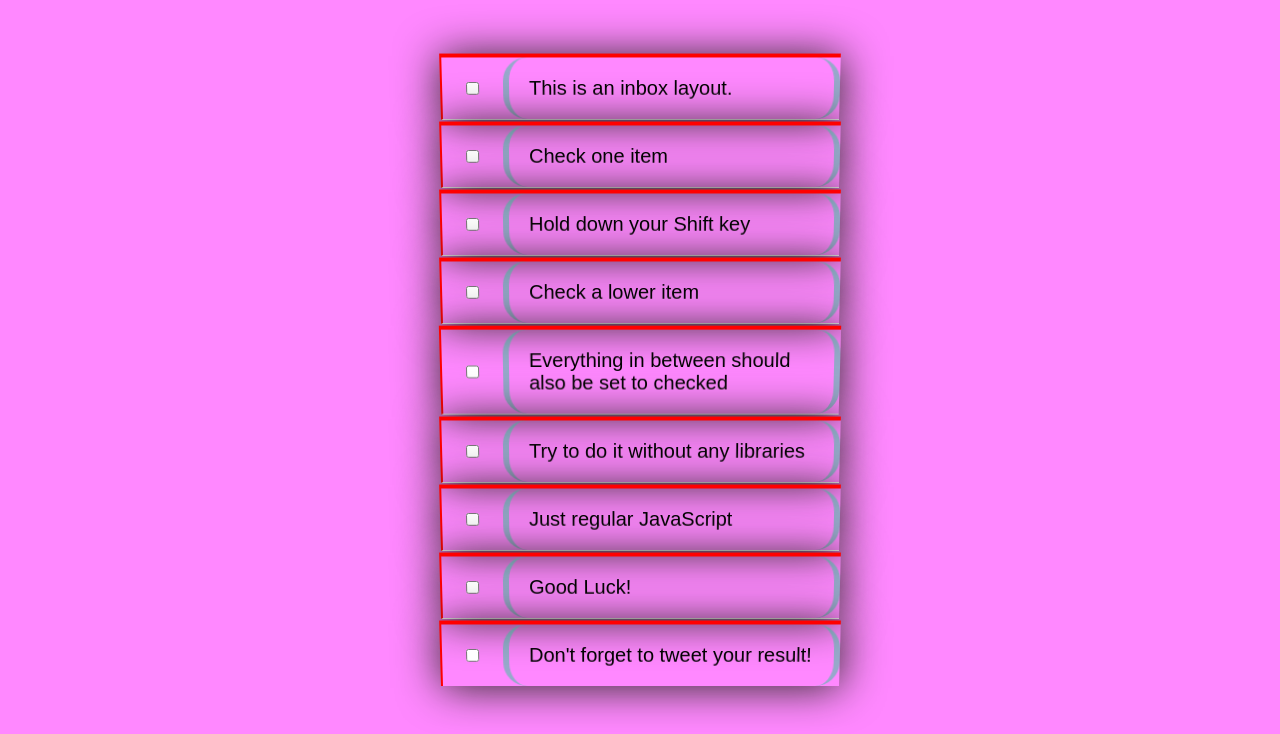
Repository: Freezler/Shift-Select-Checkboxes
Page: index.html
These files come from the project's save history. The page is drawn as it stood at one moment and after the next save; the edit follows.
The browser window is 1280 px wide. The pictures show the whole page.

Above is the page before, as saved 2024-09-07 22:32:01.

### index.html
<!DOCTYPE html>
<html lang="en">

<head>
  <meta charset="UTF-8">
  <title>Hold Shift to Check Multiple Checkboxes</title>
  <link rel="icon" href="https://fav.farm/🔥" />
</head>

<body>
  <style>
    html {
      font-family: sans-serif;
      font-weight: 500;
      background: #f8f;
    }




    .inbox {
      max-width: 400px;
      margin: 50px auto;

      border-radius: 5px;
    }

    .item {

      display: flex;
      transition: all 0.2s ease-in-out;
      border-inline-start: 2px solid red;
      ;
      border-block-start: 4px solid red;
      box-shadow: 1px 2px 44px rgba(32, 35, 24, 0.947);
      border-bottom: 1px solid #F1F1F1;
    }

    .item:last-child {
      border-bottom: 0;
    }

    input:checked+p {
      background: #F9F9F9;
      text-decoration: line-through;
    }

    input[type="checkbox"] {
      margin: 24px;
    }

    input:checked+p {
      background: #a30404ce;
      text-decoration: line-through;
      color: cornsilk;
      border-inline: 2px solid #7c0529ef;
      transition: all 0.9s ease-in-out;
      border-radius: 99px;


    }



    .inbox .item:nth-child(even) {
      transform: perspective(1500px) rotateX(12deg) rotate3d(2, 1, 5) translateY(3px) scale(1);

    }

    .item:nth-child(odd) {
      transform: perspective(1500px) rotateX(-12deg) translateY(3px);

    }

    .item:nth-child(odd):hover {
      transform: perspective(400px) rotateX(12deg) translateY(3px);

    }

    .item:nth-child(even):hover {
      transform: perspective(400px) rotateX(12deg) translateY(3px);

    }

    .item:nth-child(even) {
      transform: perspective(1500px) rotateX(-12deg) translateY(3px);

    }

    p {
      margin: 0;
      padding: 20px;
      transition: background 0.6s;
      flex: 1;

      font-size: 20px;
      font-weight: 200;
      border-inline: 6px solid #23cc9178;
      border-radius: 24px;
    }
  </style>
  <!--  The following is a common layout you would see in an email client.
        When a user clicks a checkbox, holds Shift, and then clicks another checkbox a few rows down, all the checkboxes in between those two checkboxes should be checked.

  -->
  <div class="inbox">
    <div class="item">
      <input type="checkbox">
      <p>This is an inbox layout.</p>
    </div>
    <div class="item">
      <input type="checkbox">
      <p>Check one item</p>
    </div>
    <div class="item">
      <input type="checkbox">
      <p>Hold down your Shift key</p>
    </div>
    <div class="item">
      <input type="checkbox">
      <p>Check a lower item</p>
    </div>
    <div class="item">
      <input type="checkbox">
      <p>Everything in between should also be set to checked</p>
    </div>
    <div class="item">
      <input type="checkbox">
      <p>Try to do it without any libraries</p>
    </div>
    <div class="item">
      <input type="checkbox">
      <p>Just regular JavaScript</p>
    </div>
    <div class="item">
      <input type="checkbox">
      <p>Good Luck!</p>
    </div>
    <div class="item">
      <input type="checkbox">
      <p>Don't forget to tweet your result!</p>
    </div>
  </div>

  <script>
    const checkboxes = document.querySelectorAll('.inbox input[type="checkbox"]');

    checkboxes.forEach(checkbox => checkbox.addEventListener('click', handleCheck))

    let lastChecked;

    function handleCheck(e) {
      // check for shift-press && checked
      let inBetween = false;
      // loop over every single checkbox
      if (e.shiftKey && this.checked) {
        checkboxes.forEach(checkbox => {
          if (checkbox === this || checkbox === lastChecked) {
            inBetween = !inBetween
          }
          if (inBetween) {
            checkbox.checked = true
          }
        })
      }

      if (e.shiftKey && this.checked) {
        console.log("haha it's clicked with shift down AND checked!")
      }
      if (e.shiftKey && !this.checked) {
        console.log("haha it's clicked with shift down but not checked!")
      }
      lastChecked = this;
    }

  </script>
</body>

</html>

After the next save:
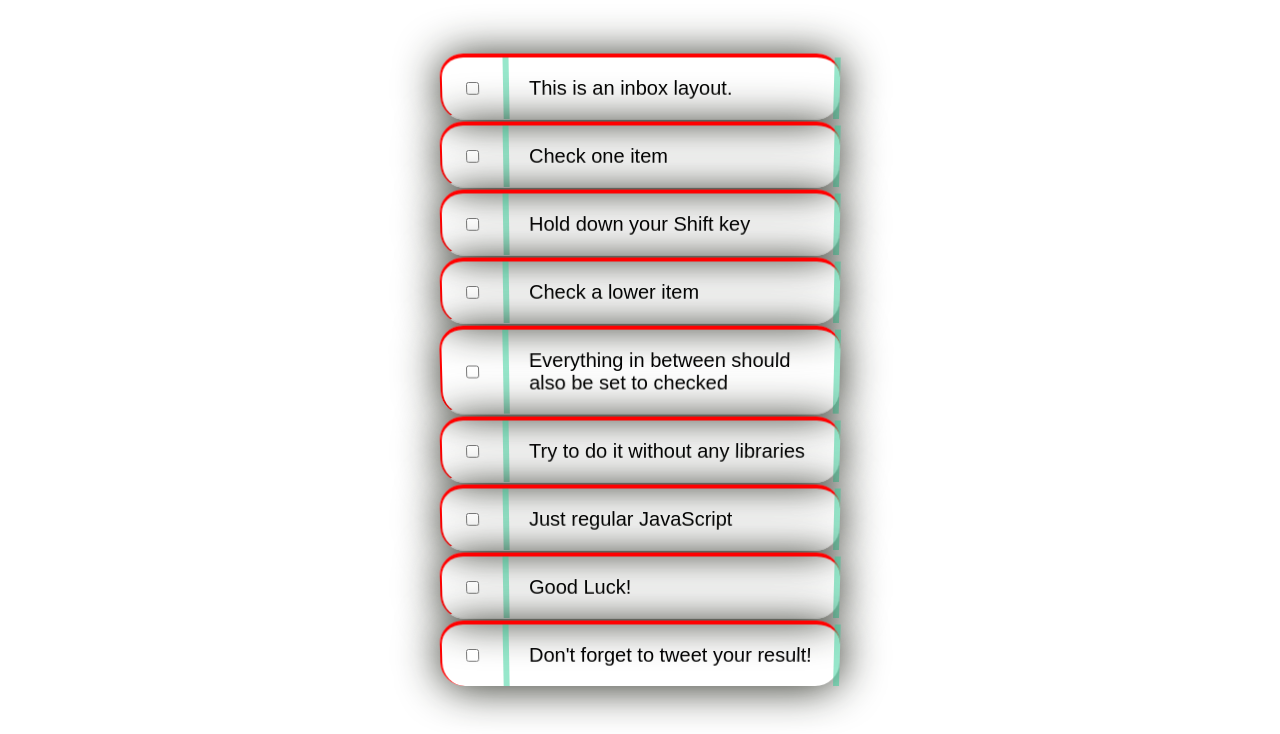
Saved 13 s later.
--- a/index.html
+++ b/index.html
@@ -12,7 +12,7 @@
     html {
       font-family: sans-serif;
       font-weight: 500;
-      background: #f8f;
+      background: none;
     }
 
 
@@ -26,7 +26,7 @@
     }
 
     .item {
-
+      border-radius: 24px;
       display: flex;
       transition: all 0.2s ease-in-out;
       border-inline-start: 2px solid red;
@@ -56,7 +56,7 @@
       border-inline: 2px solid #7c0529ef;
       transition: all 0.9s ease-in-out;
       border-radius: 99px;
-
+      margin: 8px;
 
     }
 
@@ -96,7 +96,7 @@
       font-size: 20px;
       font-weight: 200;
       border-inline: 6px solid #23cc9178;
-      border-radius: 24px;
+
     }
   </style>
   <!--  The following is a common layout you would see in an email client.
